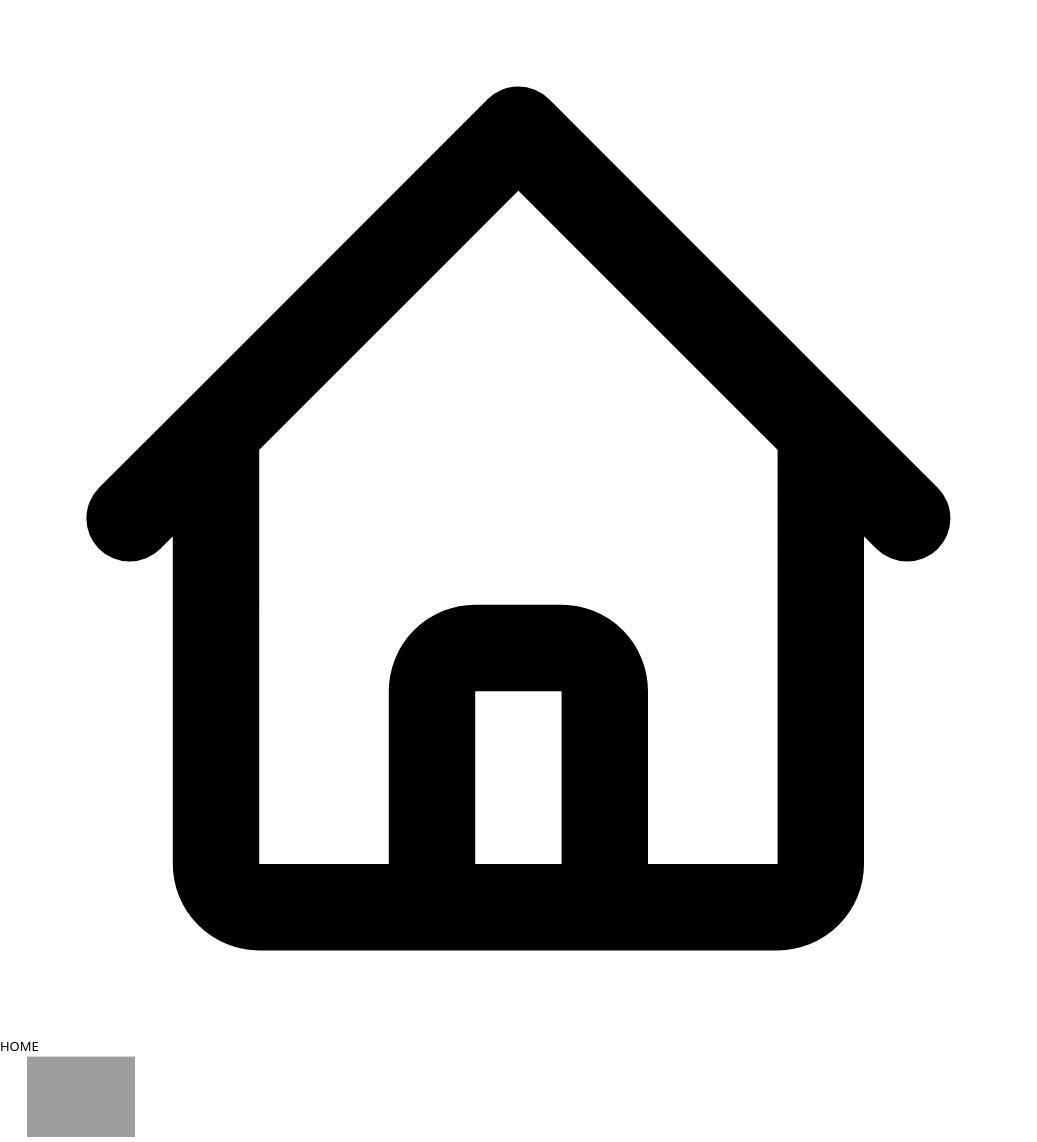
Repository: jafredk/hulu-2
Page: /
An editor plug-in stored every save of this project. The page is shown before and after the next save, followed by the edit.
The browser window is 1280 px wide. The pictures show the whole page, at 81% of full size.
Pictures or frames that could not be fetched are drawn as grey boxes. The project was rebuilt for these pictures with package versions that can differ from the ones it lists, and the page was loaded fresh each time. The framework's server and built-in components were replaced by stand-ins that run in the browser. Also part of the build but not shown: next.config.js.

Above is the page before, as saved 2021-11-01 13:22:52.

### pages/index.js
import Head from 'next/head'
import Image from 'next/image'
import Header from '../components/Header'


export default function Home() {
  return (
    <div>
      <Head>
        <title>HULU</title>
        <meta name="description" content="Generated by create next app" />
        <link rel="icon" href="/favicon.ico" />
      </Head>



      {/* Header */}
      <Header />



      {/* Nav */}


      {/* Results */}
    </div>
  )
}

### components/Header.js
import {
    BadgeCheckIcon,
    CollectionIcon,
    HomeIcon,
    LightningBoltIcon,
    SearchIcon,
    UserIcon,
} from "@heroicons/react/outline";

import Image from 'next/image'
import HeaderItem from './HeaderItem';

function Header() {
    return (
        <header className="">
            <div>
                <HeaderItem title='HOME' Icon={HomeIcon} />
            </div>


            <Image className="object-contain bg " src="https://links.papareact.com/ua6" width={200} height={100} />
        </header>
    );
}

export default Header;

### components/HeaderItem.js
function HeaderItem({ Icon, title }) {
    return (
        <div>
            <Icon />
            <p>{title}</p>
        </div>
    );
}

export default HeaderItem;

Loaded but not shown: pages/_app.js (common file); styles/globals.css (common file)

After the next save:
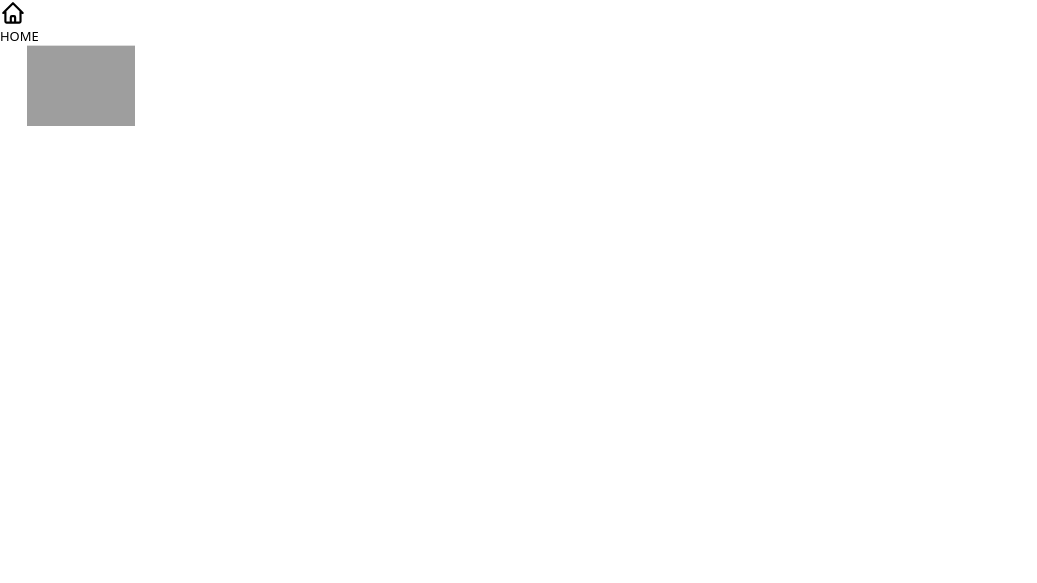
Saved 82 s later.
--- a/components/HeaderItem.js
+++ b/components/HeaderItem.js
@@ -1,7 +1,7 @@
 function HeaderItem({ Icon, title }) {
     return (
         <div>
-            <Icon />
+            <Icon className="h-8 " />
             <p>{title}</p>
         </div>
     );
